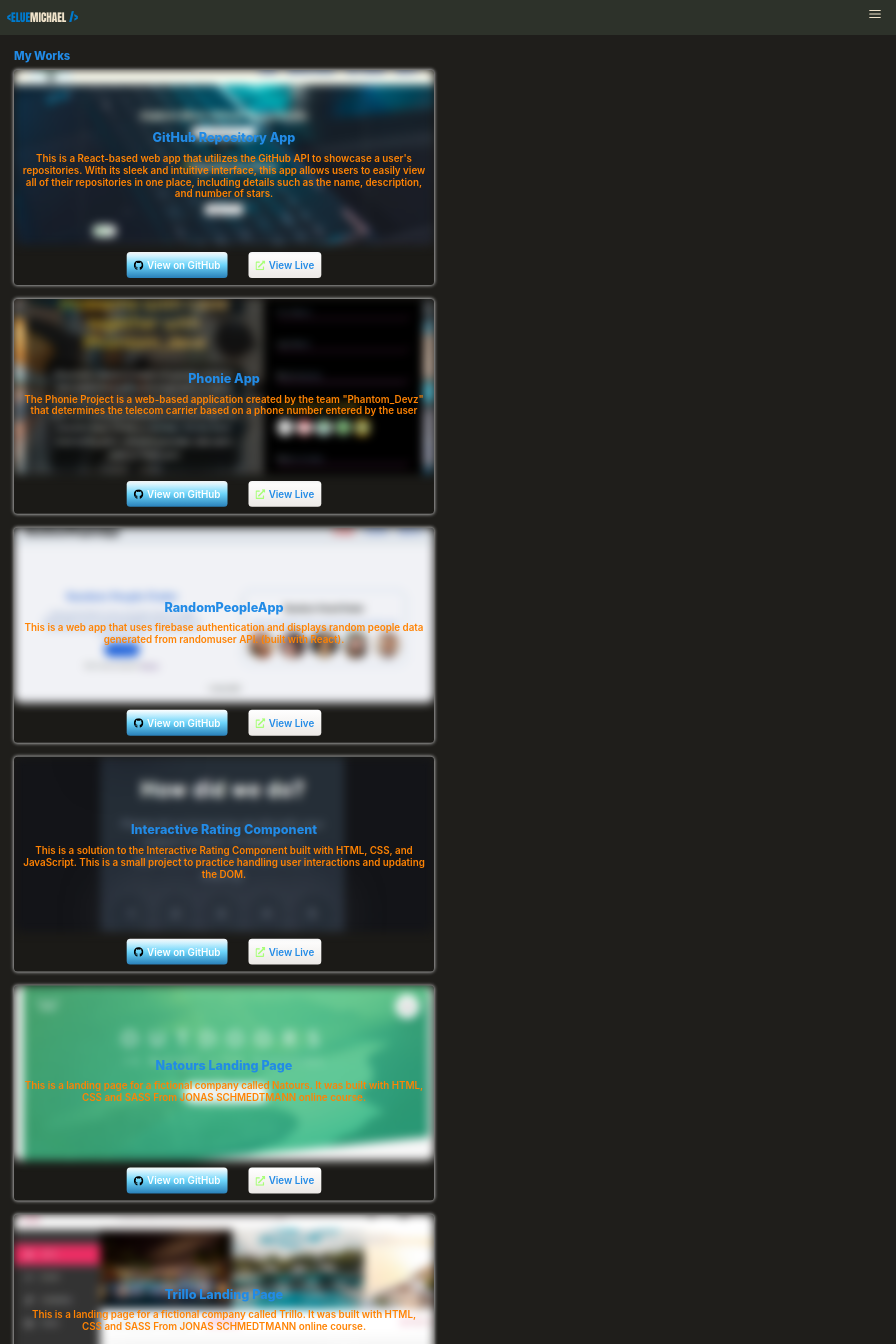
Repository: MikkyPrestige/portfolio
Page: /projects
An editor plug-in stored every save of this project. The page is shown before and after the next save, followed by the edit.
The browser window is 1280 px wide. The pictures show the part of the page from y = 0 to 1920 px (the page is 4024 px tall), at 70% of full size.
The project was rebuilt for these pictures with package versions that can differ from the ones it lists, and the page was loaded fresh each time. Also part of the build but not shown: src/components/avatar.jsx, src/components/home.jsx, src/components/about.jsx, src/components/fallback.jsx.

Above is the page before, as saved 2023-02-21 21:34:52.

### public/index.html
<!DOCTYPE html>
<html lang="en">
  <head>
    <meta charset="utf-8" />
    <link rel="icon" href="%PUBLIC_URL%/favicon.ico" />
    <meta name="viewport" content="width=device-width, initial-scale=1" />
    <meta name="theme-color" content="#000000" />
    <meta
      name="description"
      content="Web site created using create-react-app"
    />
    <link rel="apple-touch-icon" href="%PUBLIC_URL%/logo192.png" />
    <!--
      manifest.json provides metadata used when your web app is installed on a
      user's mobile device or desktop. See https://developers.google.com/web/fundamentals/web-app-manifest/
    -->
    <link rel="manifest" href="%PUBLIC_URL%/manifest.json" />
    <!--
      Notice the use of %PUBLIC_URL% in the tags above.
      It will be replaced with the URL of the `public` folder during the build.
      Only files inside the `public` folder can be referenced from the HTML.

      Unlike "/favicon.ico" or "favicon.ico", "%PUBLIC_URL%/favicon.ico" will
      work correctly both with client-side routing and a non-root public URL.
      Learn how to configure a non-root public URL by running `npm run build`.
    -->
    <title>Elue Michael Portfolio</title>
  </head>
  <body>
    <noscript>You need to enable JavaScript to run this app.</noscript>
    <div id="root"></div>
    <!--
      This HTML file is a template.
      If you open it directly in the browser, you will see an empty page.

      You can add webfonts, meta tags, or analytics to this file.
      The build step will place the bundled scripts into the <body> tag.

      To begin the development, run `npm start` or `yarn start`.
      To create a production bundle, use `npm run build` or `yarn build`.
    -->
  </body>
</html>

### src/assets/styles/sass/main.scss
@import 'abstracts/variables';
@import 'base/utilities';
@import 'base/base';
@import 'layouts/header';
@import 'pages/home';
@import 'pages/about';
@import 'pages/projects';
@import 'base/animation';

// @media (prefers-reduced-motion: no-preference) {
//   .App-logo {
//     animation: App-logo-spin infinite 20s linear;
//   }
// }

// @keyframes App-logo-spin {
//   from {
//     transform: rotate(0deg);
//   }
//   to {
//     transform: rotate(360deg);
//   }
// }

### src/components/projects.jsx
import { Link } from "react-router-dom";
import { FaGithub } from "react-icons/fa";
import { FaExternalLinkAlt } from "react-icons/fa";

const Projects = () => {
  return (
    <div className="project">
      <h1 className="project--title">My Works</h1>
      <div className="project--wrapper">
        <div className="project--card">
          <div className="project--card__blur project--card__blur-1"></div>
          <div className="project--card__content">
            <h2 className="project--card__content__title">GitHub Repository App</h2>
            <p className="project--card__content__desc">
            This is a React-based web app that utilizes the GitHub API to showcase a user's repositories. With its sleek and intuitive interface, this app allows users to easily view all of their repositories in one place, including details such as the name, description, and number of stars.
            </p>
          </div>
          <div className="project--card__links">
            <Link
              to={{ pathname: "https://github.com/MeekyBerry/exam-project-altschoolafrica" }}
              target="_blank"
              className="project--card__links__link github-link-bg"
            >
              <FaGithub style={{ color: "#000"}} />
              View on GitHub
            </Link>
            <Link
              to={{ pathname: "https://github-repos-display.vercel.app/" }}
              target="_blank"
              className="project--card__links__link live-link-bg blue-markup"
            >
              <FaExternalLinkAlt style={{ color: "#a8ff78"}} />
              View Live
            </Link>
          </div>
        </div>
        <div className="project--card">
          <div className="project--card__blur project--card__blur-2"></div>
          <div className="project--card__content">
            <h2 className="project--card__content__title">Phonie App</h2>
            <p className="project--card__content__desc">
              The Phonie Project is a web-based application created by the team
              "Phantom_Devz" that determines the telecom carrier based on a
              phone number entered by the user
            </p>
          </div>
          <div className="project--card__links">
            <Link
              to={{ pathname: "https://github.com/MeekyBerry/Phonie-project-Phantom_Devz" }}
              target="_blank"
              className="project--card__links__link github-link-bg"
            >
              <FaGithub style={{ color: "#000"}} />
              View on GitHub
            </Link>
            <Link
              to={{ pathname: "https://phantom-devz-phonie.netlify.app/" }}
              target="_blank"
              className="project--card__links__link live-link-bg blue-markup"
            >
              <FaExternalLinkAlt style={{ color: "#a8ff78"}} />
              View Live
            </Link>
          </div>
        </div>
        <div className="project--card">
          <div className="project--card__blur project--card__blur-3"></div>
          <div className="project--card__content">
            <h2 className="project--card__content__title">
              RandomPeopleApp
            </h2>
            <p className="project--card__content__desc">
            This is a web app that uses firebase authentication and displays
              random people data generated from randomuser API. (built with
              React).
            </p>
          </div>
          <div className="project--card__links">
            <Link
              to={{ pathname: "https://github.com/MeekyBerry/RandomPeopleApp" }}
              target="_blank"
              className="project--card__links__link github-link-bg"
            >
              <FaGithub style={{ color: "#000"}} />
              View on GitHub
            </Link>
            <Link
              to={{ pathname: "https://randompeopleapp.vercel.app" }}
              target="_blank"
              className="project--card__links__link live-link-bg blue-markup"
            >
              <FaExternalLinkAlt style={{ color: "#a8ff78"}} />
              View Live
            </Link>
          </div>
        </div>
        <div className="project--card">
          <div className="project--card__blur project--card__blur-4"></div>
          <div className="project--card__content">
            <h2 className="project--card__content__title">
              Interactive Rating Component
            </h2>
            <p className="project--card__content__desc">
            This is a solution to the Interactive Rating Component built with HTML, CSS, and JavaScript. This is a small project to practice handling user interactions and updating the DOM.
            </p>
          </div>
          <div className="project--card__links">
            <Link
              to={{
                pathname:
                  "https://github.com/MeekyBerry/Advanced-CSS-Sass-Course-Projects/tree/master/Natours-project",
              }}
              target="_blank"
              className="project--card__links__link github-link-bg"
            >
              <FaGithub style={{ color: "#000"}} />
              View on GitHub
            </Link>
            <Link
              to={{ pathname: "https://natour-landing-page.netlify.app/" }}
              target="_blank"
              className="project--card__links__link live-link-bg blue-markup"
            >
              <FaExternalLinkAlt style={{ color: "#a8ff78"}} />
              View Live
            </Link>
          </div>
        </div>
        <div className="project--card">
          <div className="project--card__blur project--card__blur-5"></div>
          <div className="project--card__content">
            <h2 className="project--card__content__title">
              Natours Landing Page
            </h2>
            <p className="project--card__content__desc">
            This is a landing page for a fictional company called Natours. It
              was built with HTML, CSS and SASS From JONAS SCHMEDTMANN online course.
            </p>
          </div>
          <div className="project--card__links">
            <Link
              to={{
                pathname:
                  "https://github.com/MeekyBerry/exam-project-altschoolafrica",
              }}
              target="_blank"
              className="project--card__links__link github-link-bg"
            >
              <FaGithub style={{ color: "#000"}} />
              View on GitHub
            </Link>
            <Link
              to={{ pathname: "https://natour-landing-page.netlify.app/" }}
              target="_blank"
              className="project--card__links__link live-link-bg blue-markup"
            >
              <FaExternalLinkAlt style={{ color: "#a8ff78"}} />
              View Live
            </Link>
          </div>
        </div>
        <div className="project--card">
          <div className="project--card__blur project--card__blur-6"></div>
          <div className="project--card__content">
            <h2 className="project--card__content__title">
              Trillo Landing Page
            </h2>
            <p className="project--card__content__desc">
              This is a landing page for a fictional company called Trillo. It
              was built with HTML, CSS and SASS From JONAS SCHMEDTMANN online course.
            </p>
          </div>
          <div className="project--card__links">
            <Link
              to={{
                pathname:
                  "https://github.com/MeekyBerry/Advanced-CSS-Sass-Course-Projects/tree/master/Trillow-project",
              }}
              target="_blank"
              className="project--card__links__link github-link-bg"
            >
              <FaGithub style={{ color: "#000"}} />
              View on GitHub
            </Link>
            <Link
              to={{
                pathname: "https://fantastic-crostata-3e9a02.netlify.app/",
              }}
              target="_blank"
              className="project--card__links__link live-link-bg blue-markup"
            >
              <FaExternalLinkAlt style={{ color: "#a8ff78"}} />
              View Live
            </Link>
          </div>
        </div>
        <div className="project--card">
          <div className="project--card__blur project--card__blur-7"></div>
          <div className="project--card__content">
            <h2 className="project--card__content__title">
              Phony Authentication
            </h2>
            <p className="project--card__content__desc">
              This is a simple authentication app built with React and Firebase.
            </p>
          </div>
          <div className="project--card__links">
            <Link
              to={{
                pathname:
                  "https://github.com/MeekyBerry/fake-user-authentication",
              }}
              target="_blank"
              className="project--card__links__link github-link-bg"
            >
              <FaGithub style={{ color: "#000"}} />
              View on GitHub
            </Link>
            <Link
              to={{ pathname: "https://fake-auth.vercel.app/" }}
              target="_blank"
              className="project--card__links__link live-link-bg blue-markup"
            >
              <FaExternalLinkAlt style={{ color: "#a8ff78"}} />
              View Live
            </Link>
          </div>
        </div>
        <div className="project--card">
          <div className="project--card__blur project--card__blur-8"></div>
          <div className="project--card__content">
            <h2 className="project--card__content__title">Calculator</h2>
            <p className="project--card__content__desc">
            This is a powerful calculator that can perform high-level functions. Built with a sleek, user-friendly interface and advanced mathematical algorithms.
            </p>
          </div>
          <div className="project--card__links">
            <Link
              to={{ pathname: "https://github.com/MeekyBerry/calculator" }}
              target="_blank"
              className="project--card__links__link github-link-bg"
            >
              <FaGithub style={{ color: "#000"}} />
              View on GitHub
            </Link>
            <Link
              to={{ pathname: "https://calculator-omega-murex.vercel.app/" }}
              target="_blank"
              className="project--card__links__link live-link-bg blue-markup"
            >
              <FaExternalLinkAlt style={{ color: "#a8ff78"}} />
              View Live
            </Link>
          </div>
        </div>
        <div className="project--card">
          <div className="project--card__blur project--card__blur-9"></div>
          <div className="project--card__content">
            <h2 className="project--card__content__title">
            Chat App CSS Illustration
            </h2>
            <p className="project--card__content__desc">
            A visually stunning chat app illustration built with CSS and HTML from Frontend Mentor Challenge. In this project, I built the entire app illustration from scratch.
            </p>
          </div>
          <div className="project--card__links">
            <Link
              to={{
                pathname:
                  "https://github.com/MeekyBerry/Frontend-Mentor-challenges/tree/main/interactive-rating-component",
              }}
              target="_blank"
              className="project--card__links__link github-link-bg"
            >
              <FaGithub style={{ color: "#000"}} />
              View on GitHub
            </Link>
            <Link
              to={{
                pathname:
                  "https://interactive-ratings-component-project.netlify.app/",
              }}
              target="_blank"
              className="project--card__links__link live-link-bg blue-markup"
            >
              <FaExternalLinkAlt style={{ color: "#a8ff78"}} />
              View Live
            </Link>
          </div>
        </div>
        <div className="project--card">
          <div className="project--card__blur project--card__blur-10"></div>
          <div className="project--card__content">
            <h2 className="project--card__content__title">
              ShoeBrand Landing Page
            </h2>
            <p className="project--card__content__desc">
            This is a Landing page built with HTML, CSS and little Javascript. Sass was also used but only for the Nesting elements feature. It was a code along project on "Learn HTML & CSS in 2022 crash course" by Design Course.
            </p>
          </div>
          <div className="project--card__links">
            <Link
              to={{
                pathname:
                  "https://github.com/MeekyBerry/Frontend-Mentor-challenges/tree/main/fylo-data-store-layout",
              }}
              target="_blank"
              className="project--card__links__link github-link-bg"
            >
              <FaGithub style={{ color: "#000"}} />
              View on GitHub
            </Link>
            <Link
              to={{ pathname: "https://fylo-data-store-layout.netlify.app/" }}
              target="_blank"
              className="project--card__links__link live-link-bg blue-markup"
            >
              <FaExternalLinkAlt style={{ color: "#a8ff78"}} />
              View Live
            </Link>
          </div>
        </div>
        <div className="project--card">
          <div className="project--card__blur project--card__blur-11"></div>
          <div className="project--card__content">
            <h2 className="project--card__content__title">
              Order Summary Card Component
            </h2>
            <p className="project--card__content__desc">
            This is a solution to the Order summary component on Frontend Mentor Challenge. It is a card component built with HTML and CSS.
            </p>
          </div>
          <div className="project--card__links">
            <Link
              to={{
                pathname:
                  "https://github.com/MeekyBerry/Frontend-Mentor-challenges/tree/main/order-summary-card-component",
              }}
              target="_blank"
              className="project--card__links__link github-link-bg"
            >
              <FaGithub style={{ color: "#000"}} />
              View on GitHub
            </Link>
            <Link
              to={{
                pathname: "https://order-summary-card-project.netlify.app/",
              }}
              target="_blank"
              className="project--card__links__link live-link-bg blue-markup"
            >
              <FaExternalLinkAlt style={{ color: "#a8ff78"}} />
              View Live
            </Link>
          </div>
        </div>
        <div className="project--card">
          <div className="project--card__blur project--card__blur-12"></div>
          <div className="project--card__content">
            <h2 className="project--card__content__title">
              Stats Preview Card Component
            </h2>
            <p className="project--card__content__desc">
              This is a solution to the Stats preview card component on Frontend Mentor Challenge. It is a card component built with HTML and CSS.
            </p>
          </div>
          <div className="project--card__links">
            <Link
              to={{
                pathname:
                  "https://github.com/MeekyBerry/Frontend-Mentor-challenges/tree/main/stats-preview-card-compo",
              }}
              target="_blank"
              className="project--card__links__link github-link-bg"
            >
              <FaGithub style={{ color: "#000"}} />
              View on GitHub
            </Link>
            <Link
              to={{
                pathname: "https://stats-preview-card-project.netlify.app/",
              }}
              target="_blank"
              className="project--card__links__link live-link-bg blue-markup"
            >
              <FaExternalLinkAlt style={{ color: "#a8ff78"}} />
              View Live
            </Link>
          </div>
        </div>
        {/* <div className="project--card">
          <div className="project--card__blur project--card__blur-13"></div>
          <div className="project--card__content">
            <h2 className="project--card__content__title">
              Shoe Brand Landing Page
            </h2>
            <p className="project--card__content__desc">
              This is a landing page for a shoe brand built with HTML and CSS
            </p>
          </div>
          <div className="project--card__links">
            <Link
              to={{
                pathname:
                  "https://github.com/MeekyBerry/Shoe-brand-landing-page",
              }}
              target="_blank"
              className="project--card__links__link github-link-bg"
            >
              <FaGithub style={{ color: "#000"}} />
              View on GitHub
            </Link>
            <Link
              to={{ pathname: "https://shoe-brand-landing-page.netlify.app/" }}
              target="_blank"
              className="project--card__links__link live-link-bg blue-markup"
            >
              <FaExternalLinkAlt style={{ color: "#a8ff78"}} />
              View Live
            </Link>
          </div>
        </div> */}
      </div>
    </div>
  );
};

export default Projects;

### src/assets/styles/sass/base/_utilities.scss
.github-link-bg {
  background: linear-gradient(to top, var(--dark-blue--1), var(--light-blue--2), var(--color--white));
}

.live-link-bg {
  background: linear-gradient(to top, var(--color--white-2), var(--color--white));
}

.blue-markup {
  color: var(--blue-cyan) !important;
}

### src/assets/styles/sass/base/_base.scss
*,
*::after,
*::before {
  margin: 0;
  padding: 0;
  box-sizing: border-box;
}

html {
  font-size: 62.5%;
  font-family: var(--font-family);
  color: var(--color-white);
  background-color: var(--color--bg);
}

::selection {
  background-color: var(--color-primary);
  color: var(--color-white);
}

### src/assets/styles/sass/pages/home.scss
.home {
  width: 100%;
  height: 100vh;
  background: radial-gradient(100% 100% at 50% 100%, var(--color--bg-dark-2) 21.52%, var(--color--bg-dark) 100%);

  &--contents {
    display: flex;
    flex-direction: column;
    justify-content: center;
    align-items: center;
    padding: 3rem 5rem;
    gap: 3rem;
  }

  &--content {
    display: flex;
    flex-direction: column;
    align-items: flex-start;
    padding: 0;
    gap: .5rem;

    &__title {
      font-family: var(--font-family--secondary);
      font-size: var(--font-size--x-large);
      font-weight: var(--font-weight--boldest);
      color: var(--dark-blue);
    }

    &__subtitle {
      font-family: var(--font-family--secondary);
      font-size: var(--font-size--large);
      font-weight: var(--font-weight--bold);
      color: var(--color--text);
    }

    &__desc {
      font-family: var(--font-family--secondary);
      font-size: var(--font-size--small);
      font-weight: var(--font-weight--regular);
      color: var(--color--white-1);
    }
  }

  &--avatar {
    border-radius: 5%;
    -webkit-border-radius: 5%;
    -moz-border-radius: 5%;
    -ms-border-radius: 5%;
    -o-border-radius: 5%;
    background-image: radial-gradient(circle, var(--blue-cyan) 5%, var(--light-blue--1) 95%);
  }
}

### src/assets/styles/sass/base/_animation.scss
//  INFINITE HEARTBEAT PAUSE ANIMATION

@keyframes Heartbeat {
  0% {
    transform: scale(1);
    -webkit-transform: scale(1);
    -moz-transform: scale(1);
    -ms-transform: scale(1);
    -o-transform: scale(1);
  }

  50% {
    transform: scale(1.05);
    -webkit-transform: scale(1.05);
    -moz-transform: scale(1.05);
    -ms-transform: scale(1.05);
    -o-transform: scale(1.05);
  }

  100% {
    transform: scale(1);
    -webkit-transform: scale(1);
    -moz-transform: scale(1);
    -ms-transform: scale(1);
    -o-transform: scale(1);
  }
}

Loaded but not shown: src/index.css (common file); src/reportWebVitals.js (common file); src/index.js (21 lines, source omitted); src/App.js (22 lines, source omitted); src/components/layout.jsx (141 lines, source omitted); src/assets/styles/sass/pages/_projects.scss (161 lines, source omitted); src/assets/styles/sass/pages/_about.scss (158 lines, source omitted); src/assets/styles/sass/layouts/_header.scss (111 lines, source omitted); src/assets/styles/sass/abstracts/_variables.scss (67 lines, source omitted)

After the next save:
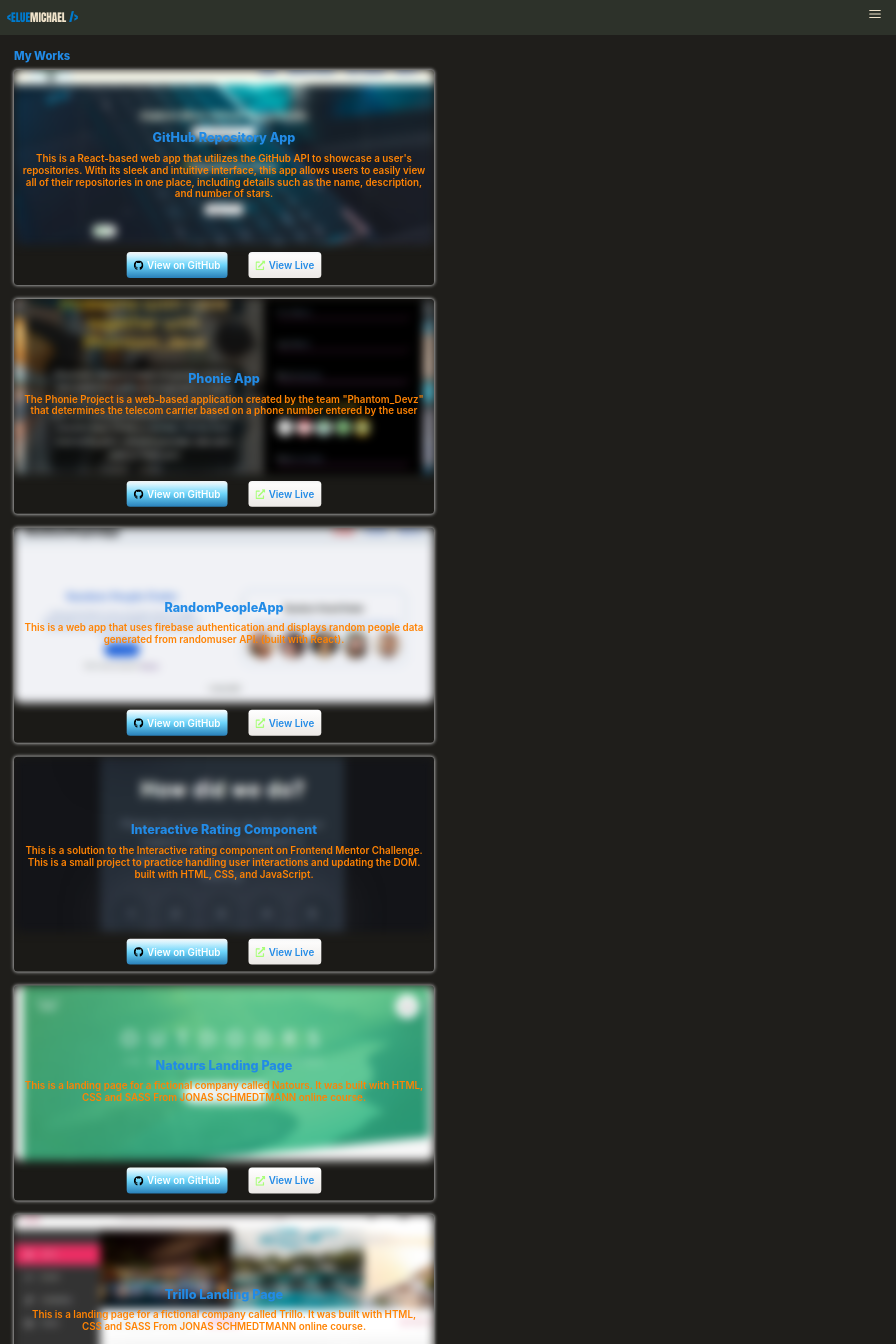
Saved 2 min 9 s later.
--- a/src/components/projects.jsx
+++ b/src/components/projects.jsx
@@ -101,7 +101,7 @@
               Interactive Rating Component
             </h2>
             <p className="project--card__content__desc">
-            This is a solution to the Interactive Rating Component built with HTML, CSS, and JavaScript. This is a small project to practice handling user interactions and updating the DOM.
+            This is a solution to the Interactive rating component on Frontend Mentor Challenge. This is a small project to practice handling user interactions and updating the DOM. built with HTML, CSS, and JavaScript.
             </p>
           </div>
           <div className="project--card__links">
